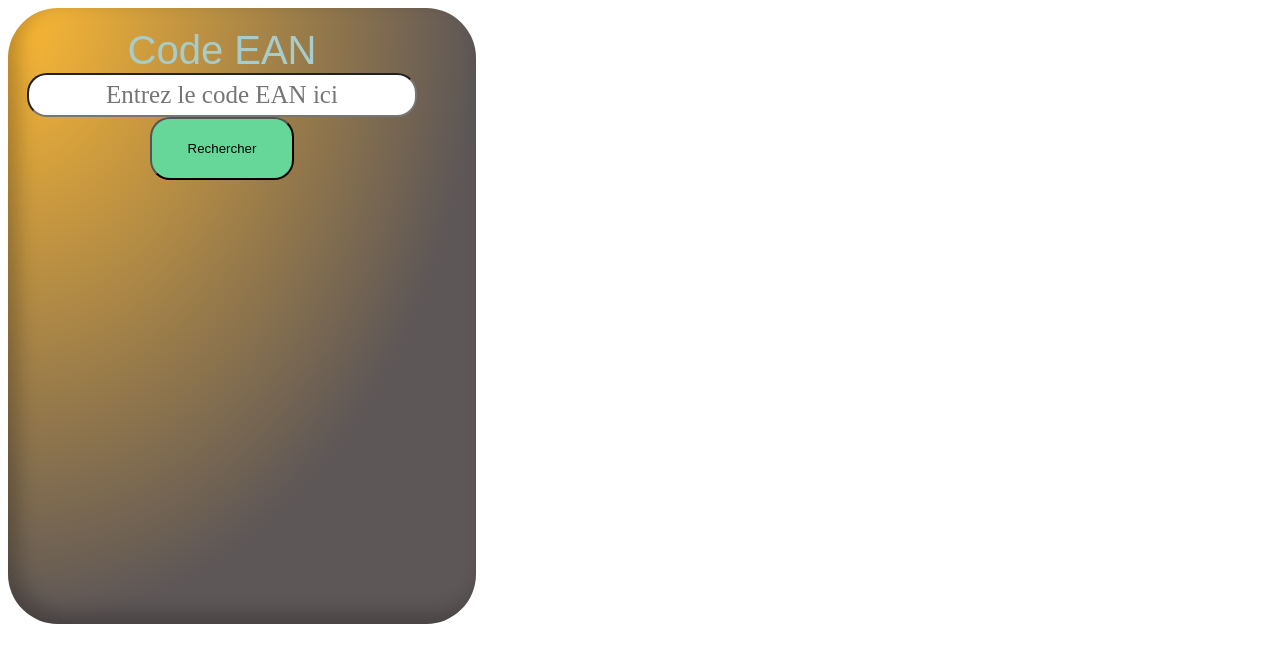
Repository: Zouz01/exo-toucan
Page: index.html
An editor plug-in stored every save of this project. The page is shown before and after the next save, followed by the edit.
The browser window is 1280 px wide. The pictures show the whole page.

Above is the page before, as saved 2023-09-21 12:14:30.

After the next save:
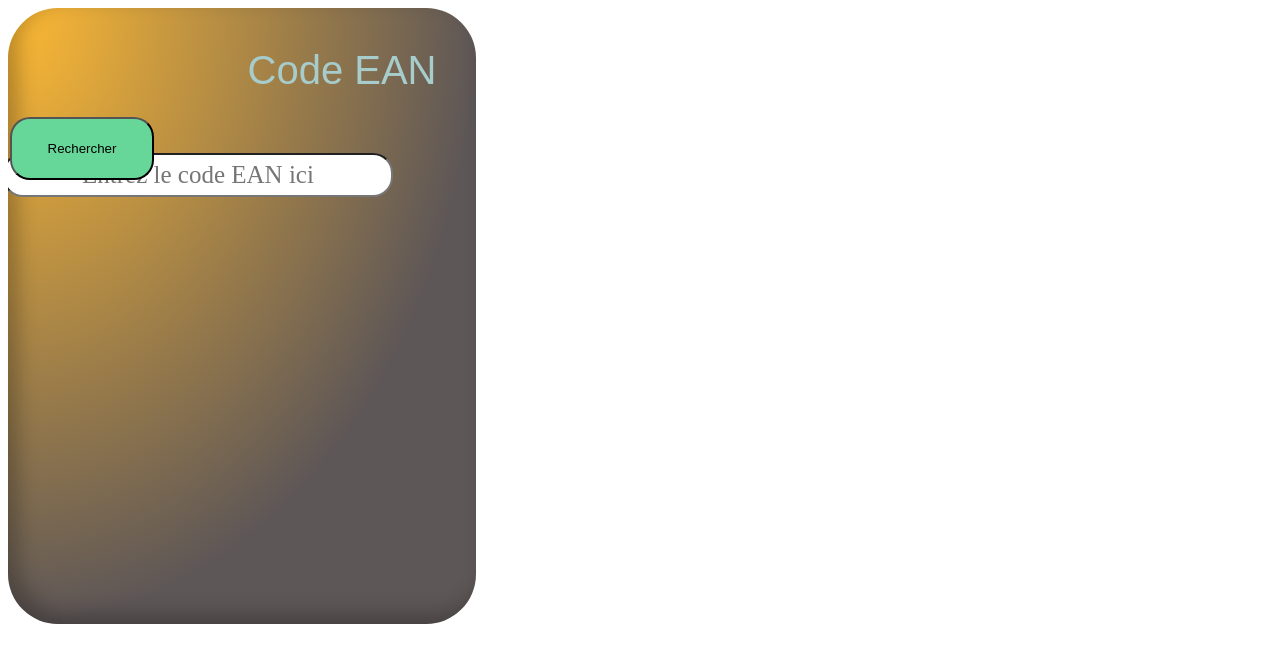
Saved 7 min 57 s later.
--- a/main.css
+++ b/main.css
@@ -28,11 +28,11 @@
 /* position ecriture label*/
 label {
 
-
+    top: 20px;
     font-size: 40px;
     color: rgb(167, 204, 204);
    left: 120px;
-
+    position :relative;
 
 
 
@@ -65,7 +65,7 @@
 
 /* Champ de saisie pour entrer le code EAN */
 #code_ean {
-
+    position: relative;
    border-radius: 20px;
     width: 382px;
     height: 38px;
@@ -86,14 +86,14 @@
 
 /* Bouton de recherche */
 button[type="submit"] {
-
+    position: absolute;
     width: 144px;
     height: 63px;
   background-color: #67d699;
 
     border-radius: 20px;
-
-
+    right: 140px;
+    position: relative;
 
 
 

After the save that followed:
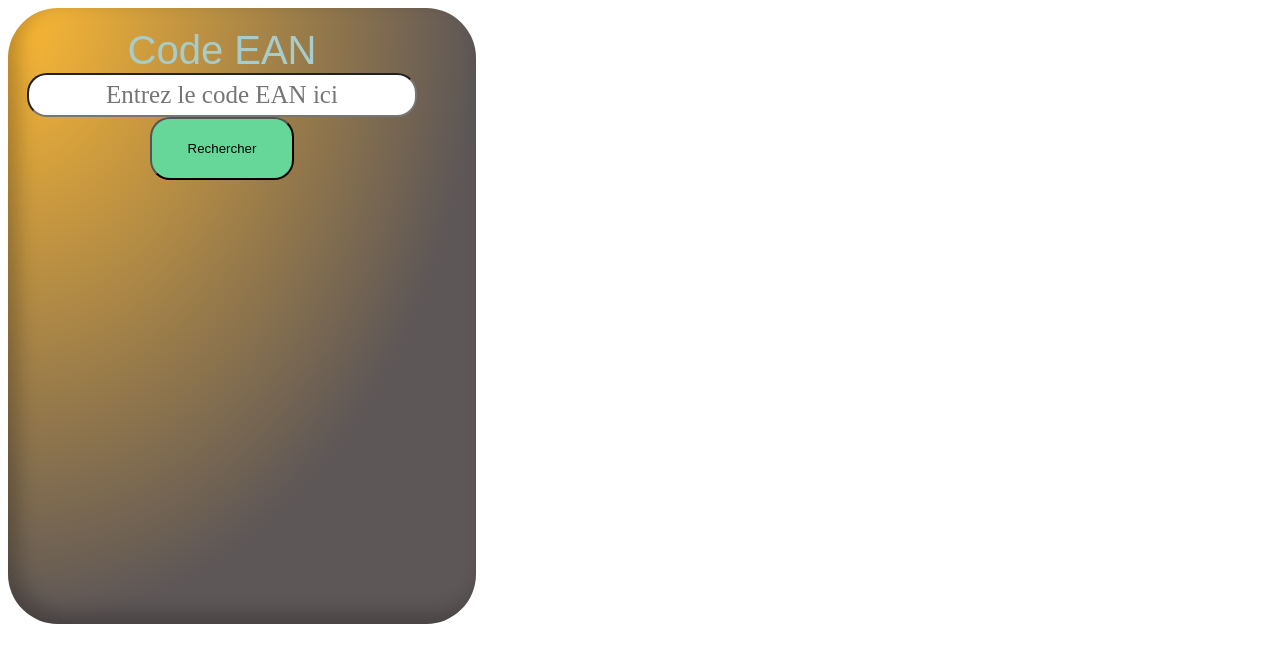
Saved 13 s later.
--- a/main.css
+++ b/main.css
@@ -28,11 +28,11 @@
 /* position ecriture label*/
 label {
 
-    top: 20px;
+
     font-size: 40px;
     color: rgb(167, 204, 204);
    left: 120px;
-    position :relative;
+
 
 
 
@@ -65,7 +65,7 @@
 
 /* Champ de saisie pour entrer le code EAN */
 #code_ean {
-    position: relative;
+
    border-radius: 20px;
     width: 382px;
     height: 38px;
@@ -86,14 +86,14 @@
 
 /* Bouton de recherche */
 button[type="submit"] {
-    position: absolute;
+
     width: 144px;
     height: 63px;
   background-color: #67d699;
 
     border-radius: 20px;
-    right: 140px;
-    position: relative;
+
+
 
 
 
